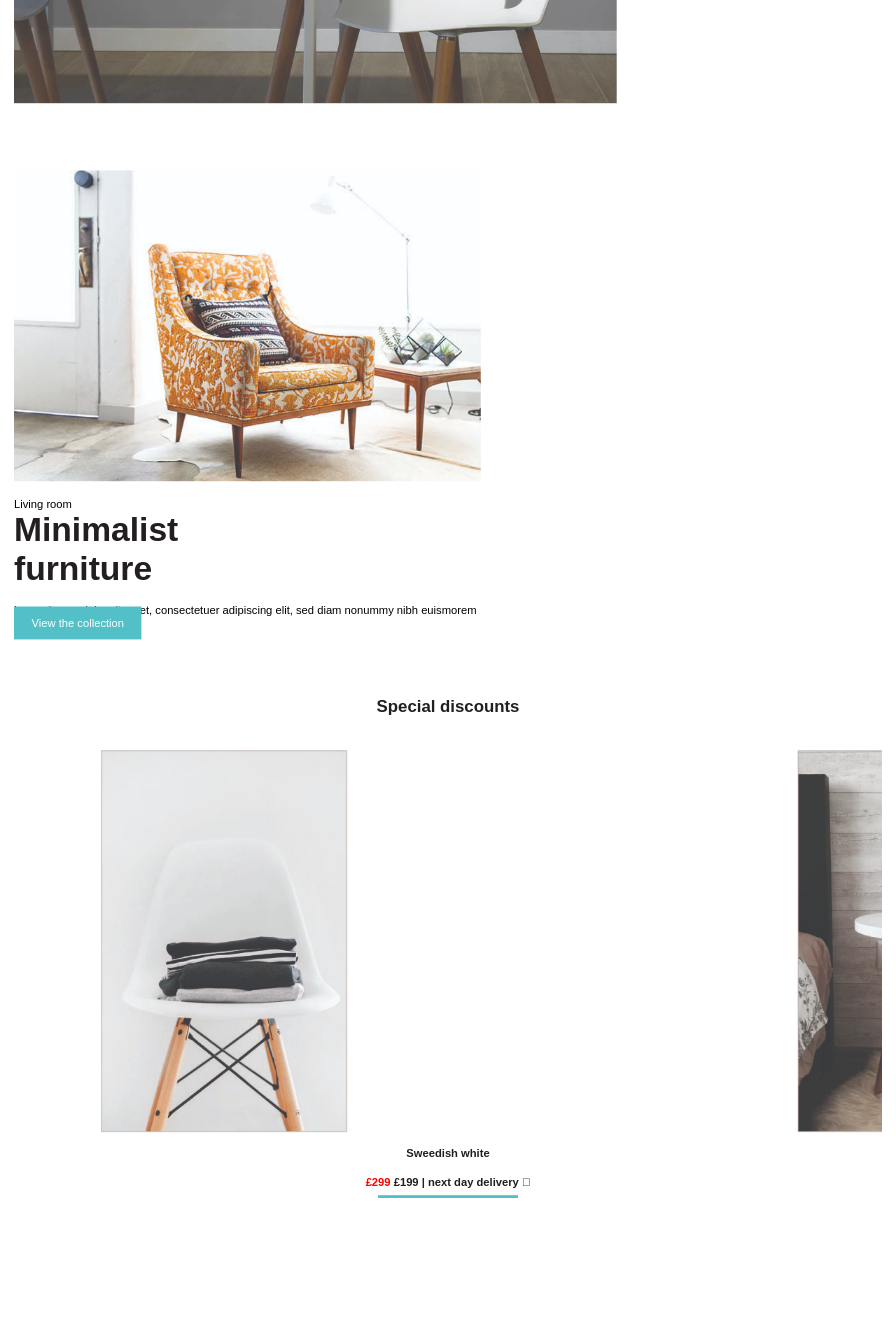
Repository: dinhhaidh/republic-web
Page: index.html
The author's editor kept a copy of each file at every save. The page is drawn from the files as they stood at one save, then again after a run of saves.
The browser window is 1280 px wide. The pictures show the part of the page from y = 1038 to 2958 px (the page is 2958 px tall), at 70% of full size.
Some web fonts or font styles are not loaded; a fallback is used. Some web libraries are served in a nearby version.

Above is the page before, as saved 2024-01-24 19:07:18.

After the next 3 saves:
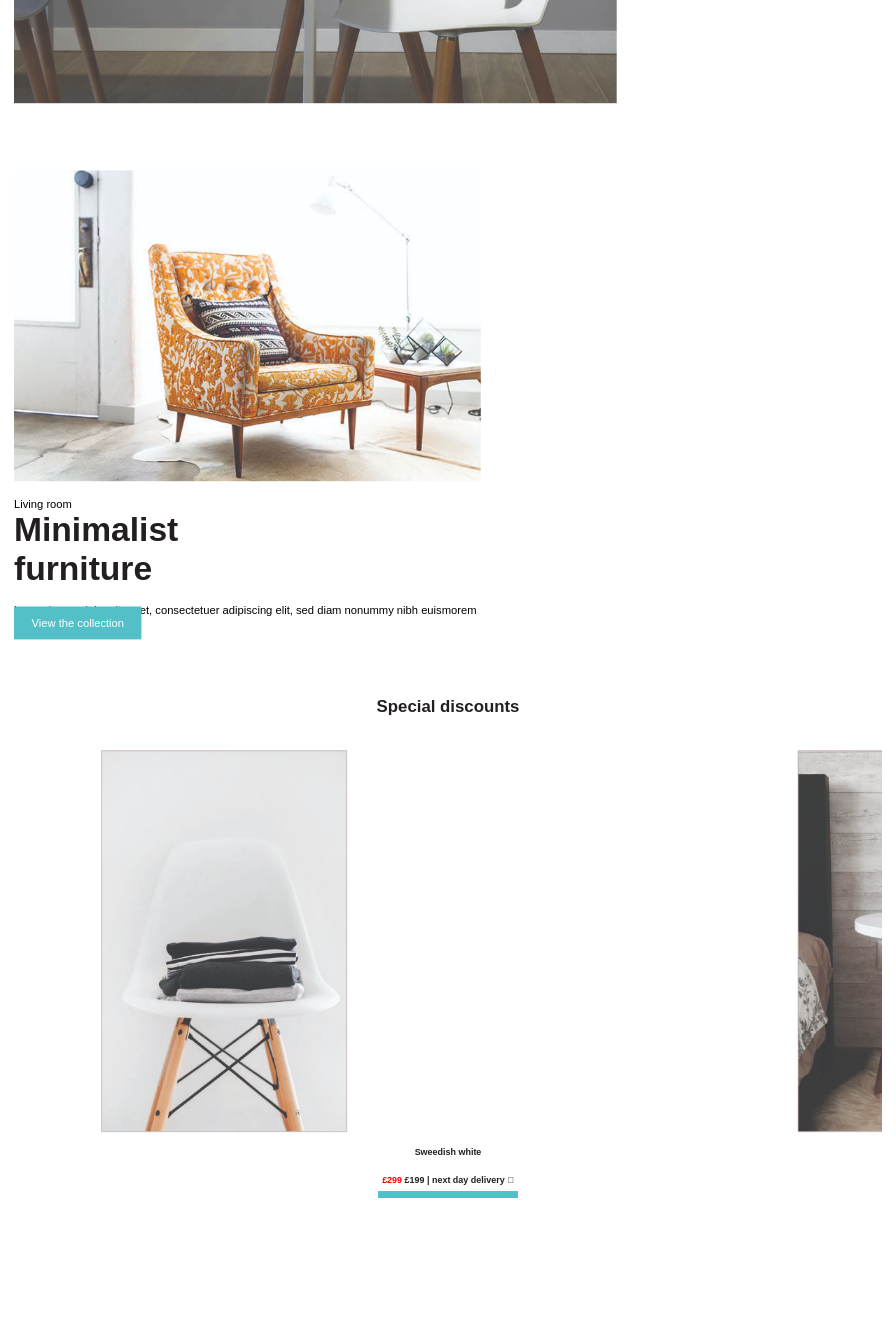
The 3 saves are shown as one change because they came seconds apart.
The last was saved 91 s later.
--- a/style.css
+++ b/style.css
@@ -318,8 +318,8 @@ img {
   height: 640px;
 }
 
-.lounge__swiper{
-
+.lounge h4{
+  font-size: 0.8rem;
 }
 
 .swiper-wrapper{
